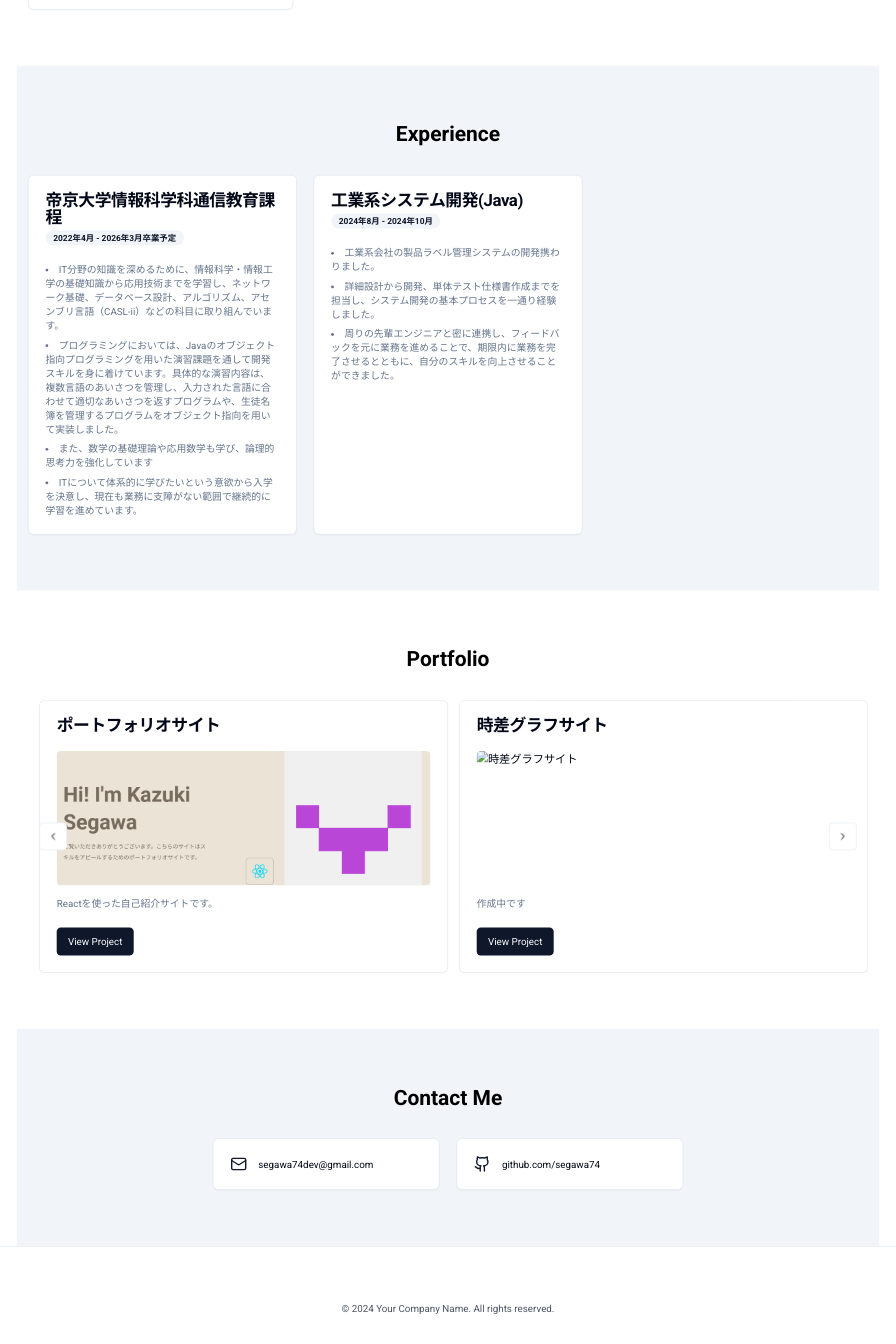
Repository: segawa74/SegawaSite
Page: /
The author's editor kept a copy of each file at every save. The page is drawn from the files as they stood at one save, then again after the next save.
The browser window is 1280 px wide. The pictures show the part of the page from y = 1047 to 2967 px (the page is 2980 px tall before and 2788 px after), at 70% of full size.
The project was rebuilt for these pictures with package versions that can differ from the ones it lists, and the page was loaded fresh each time. Also part of the build but not shown: vite.config.ts.

Above is the page before, as saved 2024-10-24 11:09:20.

After the next save:
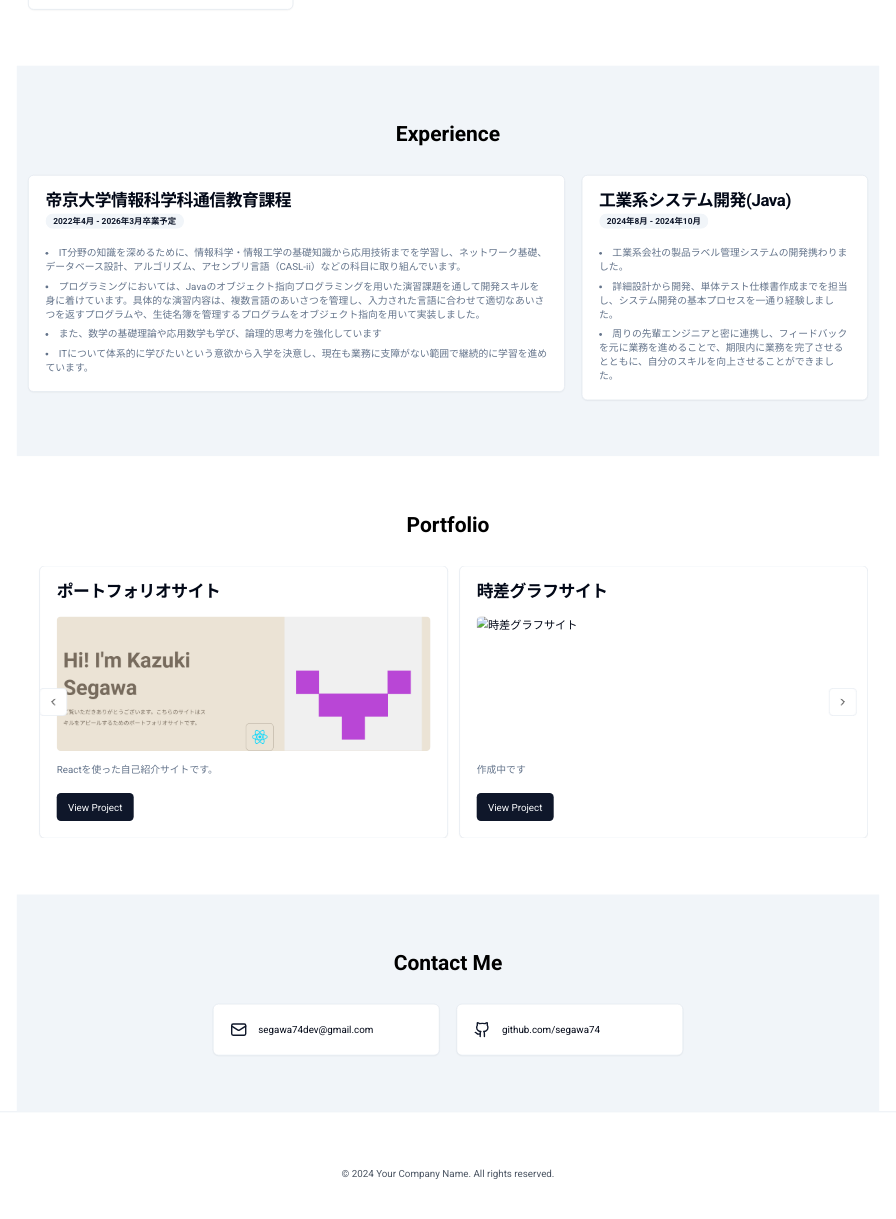
Saved 9 s later.
--- a/src/components/Experience/Experience.tsx
+++ b/src/components/Experience/Experience.tsx
@@ -6,7 +6,7 @@
     <section id="exp" className="py-20 bg-muted">
       <div className="container mx-auto px-4">
         <h2 className="text-3xl font-bold text-center mb-10">Experience</h2>
-        <div className="grid gap-6 md:grid-cols-2 lg:grid-cols-3">
+        <div className="flex gap-6 md:grid-cols-2 lg:grid-cols-3">
           {EXPERIENCE.map((item, index) => (
             <ExperienceCard key={index} details={item} />
           ))}

After the save that followed:
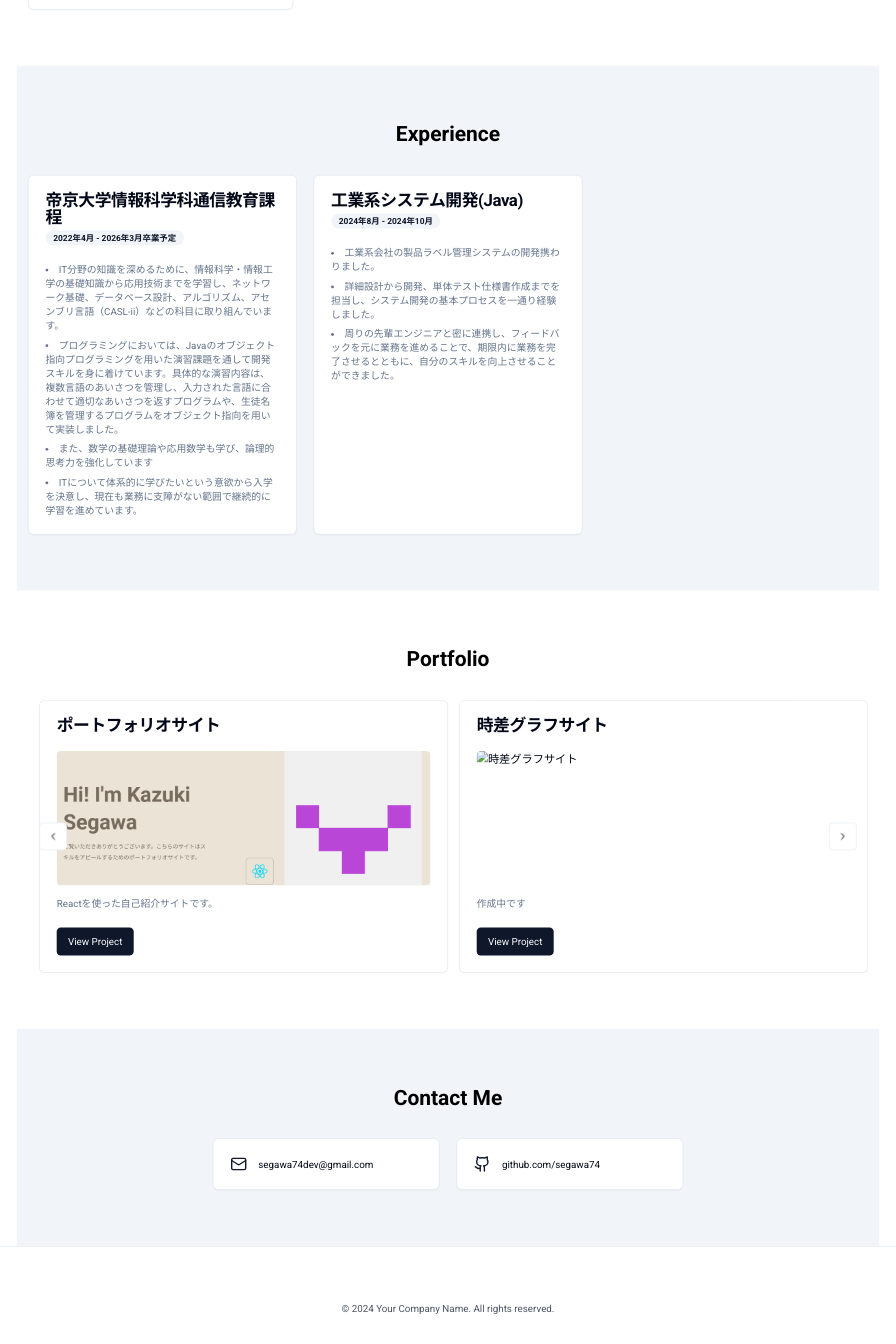
Saved 10 s later.
--- a/src/components/Experience/Experience.tsx
+++ b/src/components/Experience/Experience.tsx
@@ -6,7 +6,7 @@
     <section id="exp" className="py-20 bg-muted">
       <div className="container mx-auto px-4">
         <h2 className="text-3xl font-bold text-center mb-10">Experience</h2>
-        <div className="flex gap-6 md:grid-cols-2 lg:grid-cols-3">
+        <div className="grid gap-6 md:grid-cols-2 lg:grid-cols-3">
           {EXPERIENCE.map((item, index) => (
             <ExperienceCard key={index} details={item} />
           ))}
